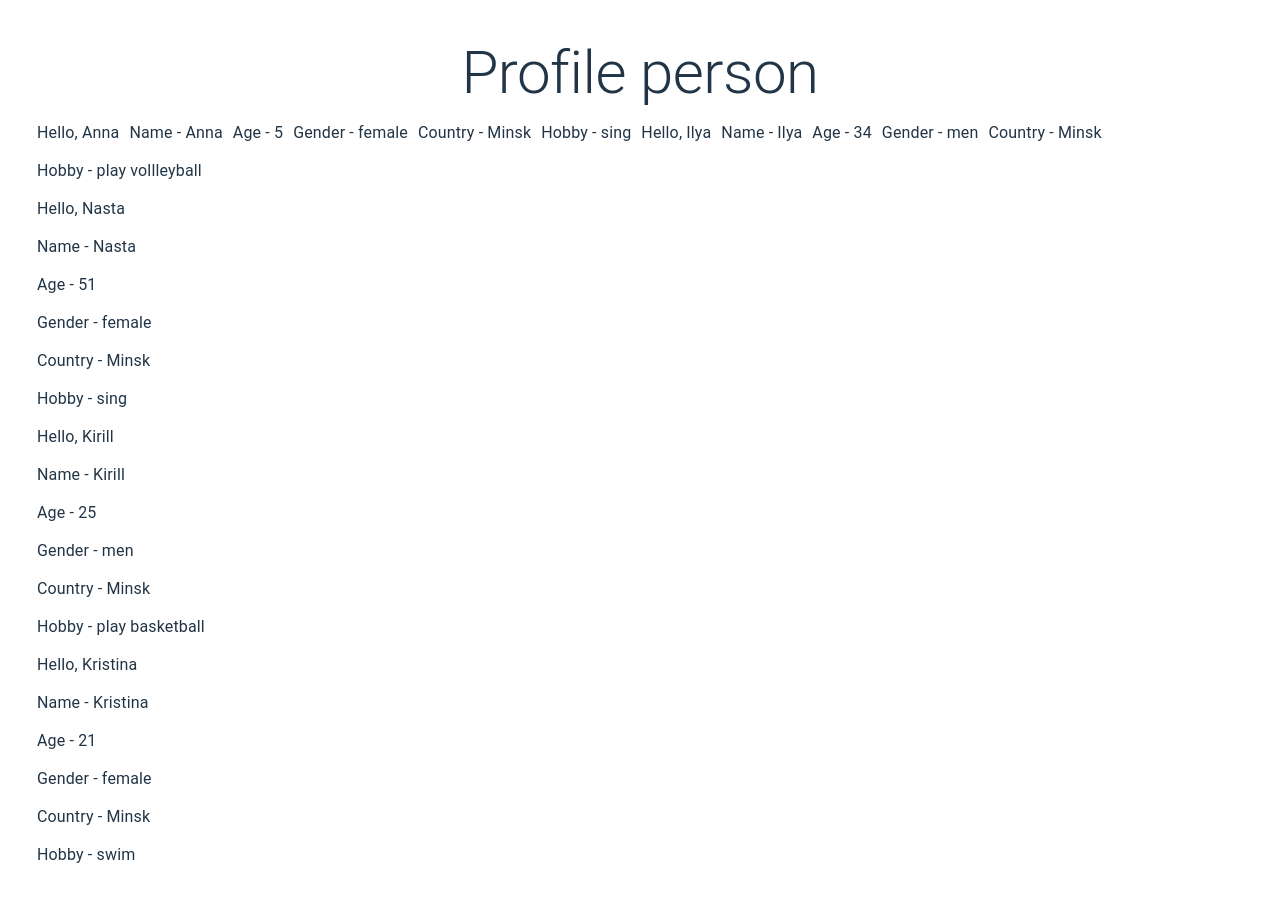
Repository: savannaaaas/props
Page: /
These files come from the project's save history. The page is drawn as it stood at one moment and after the next save; the edit follows.
The browser window is 1280 px wide. The pictures show the whole page.
The project was rebuilt for these pictures with package versions that can differ from the ones it lists, and the page was loaded fresh each time. Also part of the build but not shown: vite.config.js.

Above is the page before, as saved 2025-07-08 00:14:52.

### src/App.jsx
import "./App.css";
import Box from "@mui/material/Box";
import Typography from "@mui/material/Typography";
import { Person1 } from "./components/Person1";
import { Person2 } from "./components/Person2";
import { Person3 } from "./components/Person3";
import { Person4 } from "./components/Person4";
import { Person5 } from "./components/Person5";
import Grid from "@mui/material/Grid";
/**1. Создать 6 любых компонент.
2. В компоненты передать props следующих типов данных:
number
string
boolean
object
function
array
3. Использовать в компонентах каждый prop.
4. Сделать деструктуризацию props. */
function App() {
  const obj = { country: "Minsk" };
  const sayHello = (name) => ` Hello, ${name}`;
  const hobbies = ["swim", "sing", "play vollleyball", "play basketball"];
  return (
    <>
      <Typography variant="h2" align="center" style={{ padding: "5px" }}>
        Profile person
      </Typography>

      <Grid container direction="row">
        <Person1
          name={"Anna"}
          age={5}
          men={false}
          obj={obj}
          sayHello={sayHello}
          hobbies={hobbies}
        />
        <Person2
          name={"Ilya"}
          age={34}
          men={true}
          obj={obj}
          sayHello={sayHello}
          hobbies={hobbies}
        />
      </Grid>

      <Person3
        name={"Nasta"}
        age={51}
        men={false}
        obj={obj}
        sayHello={sayHello}
        hobbies={hobbies}
      />
      <Person4
        name={"Kirill"}
        age={25}
        men={true}
        obj={obj}
        sayHello={sayHello}
        hobbies={hobbies}
      />
      <Person5
        name={"Kristina"}
        age={21}
        men={false}
        obj={obj}
        sayHello={sayHello}
        hobbies={hobbies}
      />
    </>
  );
}

export default App;

### src/components/Person1.jsx
import Typography from "@mui/material/Typography";
export const Person1 = ({ name, age, men, obj, sayHello, hobbies }) => {
  return (
    <>
      <Typography variant="subtitle1" align="left" style={{ padding: "5px" }}>
        {sayHello(name)}
      </Typography>
      <Typography variant="subtitle1" align="left" style={{ padding: "5px" }}>
        Name - {name}
      </Typography>
      <Typography variant="subtitle1" align="left" style={{ padding: "5px" }}>
        Age - {age}
      </Typography>
      <Typography variant="subtitle1" align="left" style={{ padding: "5px" }}>
        Gender - {men ? "men" : "female"}
      </Typography>
      <Typography variant="subtitle1" align="left" style={{ padding: "5px" }}>
        Country - {obj.country}
      </Typography>
      <Typography variant="subtitle1" align="left" style={{ padding: "5px" }}>
        Hobby - {hobbies[1]}
      </Typography>
    </>
  );
};

### src/components/Person2.jsx
import Typography from "@mui/material/Typography";
export const Person2 = ({ name, age, men, obj, sayHello, hobbies }) => {
  return (
    <>
      <Typography variant="subtitle1" align="left" style={{ padding: "5px" }}>
        {sayHello(name)}
      </Typography>
      <Typography variant="subtitle1" align="left" style={{ padding: "5px" }}>
        Name - {name}
      </Typography>
      <Typography variant="subtitle1" align="left" style={{ padding: "5px" }}>
        Age - {age}
      </Typography>
      <Typography variant="subtitle1" align="left" style={{ padding: "5px" }}>
        Gender - {men ? "men" : "female"}
      </Typography>
      <Typography variant="subtitle1" align="left" style={{ padding: "5px" }}>
        Country - {obj.country}
      </Typography>
      <Typography variant="subtitle1" align="left" style={{ padding: "5px" }}>
        Hobby - {hobbies[2]}
      </Typography>
    </>
  );
};

### src/components/Person3.jsx
import Typography from "@mui/material/Typography";
export const Person3 = ({ name, age, men, obj, sayHello, hobbies }) => {
  return (
    <>
      <Typography variant="subtitle1" align="left" style={{ padding: "5px" }}>
        {sayHello(name)}
      </Typography>
      <Typography variant="subtitle1" align="left" style={{ padding: "5px" }}>
        Name - {name}
      </Typography>
      <Typography variant="subtitle1" align="left" style={{ padding: "5px" }}>
        Age - {age}
      </Typography>
      <Typography variant="subtitle1" align="left" style={{ padding: "5px" }}>
        Gender - {men ? "men" : "female"}
      </Typography>
      <Typography variant="subtitle1" align="left" style={{ padding: "5px" }}>
        Country - {obj.country}
      </Typography>
      <Typography variant="subtitle1" align="left" style={{ padding: "5px" }}>
        Hobby - {hobbies[1]}
      </Typography>
    </>
  );
};

### src/components/Person4.jsx
import Typography from "@mui/material/Typography";
export const Person4 = ({ name, age, men, obj, sayHello, hobbies }) => {
  return (
    <>
      <Typography variant="subtitle1" align="left" style={{ padding: "5px" }}>
        {sayHello(name)}
      </Typography>
      <Typography variant="subtitle1" align="left" style={{ padding: "5px" }}>
        Name - {name}
      </Typography>
      <Typography variant="subtitle1" align="left" style={{ padding: "5px" }}>
        Age - {age}
      </Typography>
      <Typography variant="subtitle1" align="left" style={{ padding: "5px" }}>
        Gender - {men ? "men" : "female"}
      </Typography>
      <Typography variant="subtitle1" align="left" style={{ padding: "5px" }}>
        Country - {obj.country}
      </Typography>
      <Typography variant="subtitle1" align="left" style={{ padding: "5px" }}>
        Hobby - {hobbies[3]}
      </Typography>
    </>
  );
};

### src/components/Person5.jsx
import Typography from "@mui/material/Typography";
export const Person5 = ({ name, age, men, obj, sayHello, hobbies }) => {
  return (
    <>
      <Typography variant="subtitle1" align="left" style={{ padding: "5px" }}>
        {sayHello(name)}
      </Typography>
      <Typography variant="subtitle1" align="left" style={{ padding: "5px" }}>
        Name - {name}
      </Typography>
      <Typography variant="subtitle1" align="left" style={{ padding: "5px" }}>
        Age - {age}
      </Typography>
      <Typography variant="subtitle1" align="left" style={{ padding: "5px" }}>
        Gender - {men ? "men" : "female"}
      </Typography>
      <Typography variant="subtitle1" align="left" style={{ padding: "5px" }}>
        Country - {obj.country}
      </Typography>
      <Typography variant="subtitle1" align="left" style={{ padding: "5px" }}>
        Hobby - {hobbies[0]}
      </Typography>
    </>
  );
};

Loaded but not shown: index.html (common file); src/main.jsx (common file); src/index.css (common file); src/App.css (common file)

After the next save:
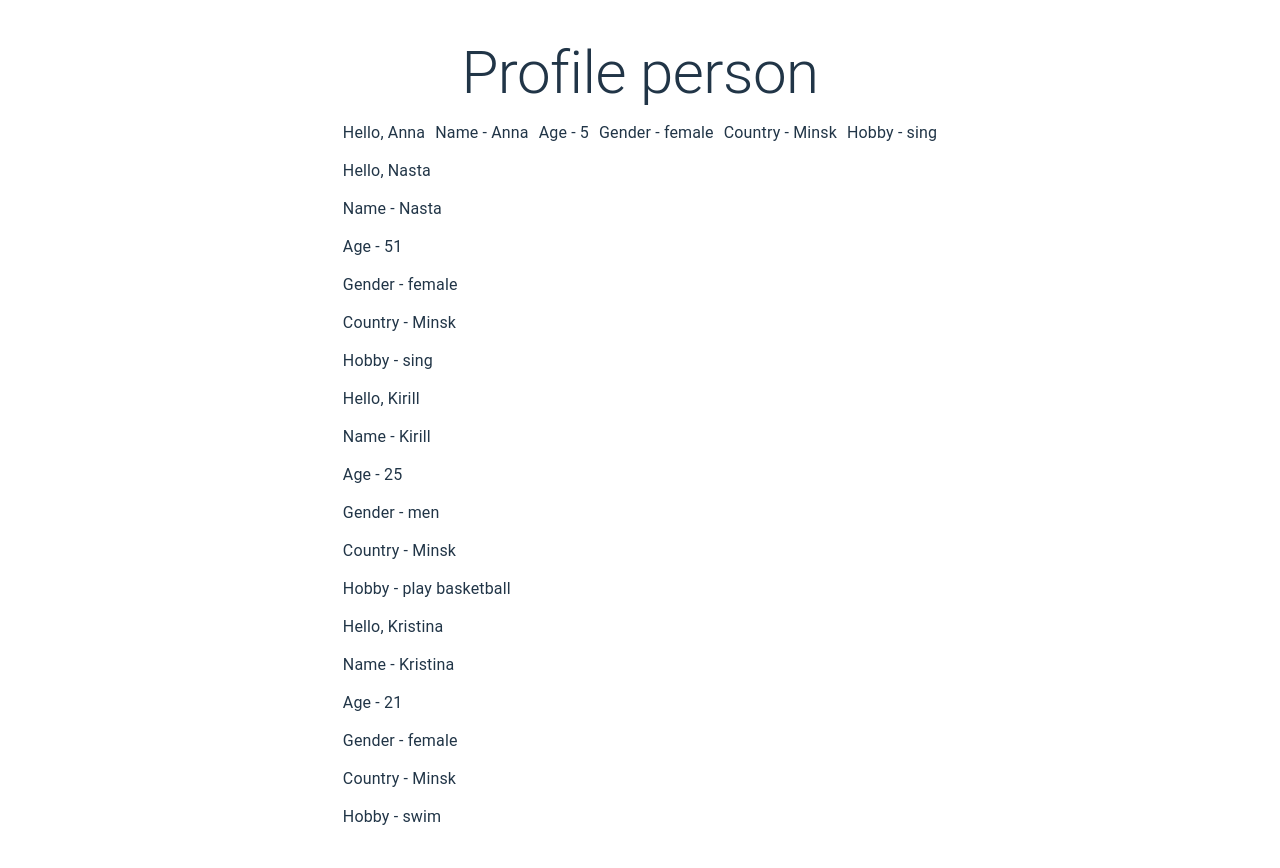
Saved 11 s later.
--- a/src/App.jsx
+++ b/src/App.jsx
@@ -36,14 +36,6 @@ function App() {
           sayHello={sayHello}
           hobbies={hobbies}
         />
-        <Person2
-          name={"Ilya"}
-          age={34}
-          men={true}
-          obj={obj}
-          sayHello={sayHello}
-          hobbies={hobbies}
-        />
       </Grid>
 
       <Person3
